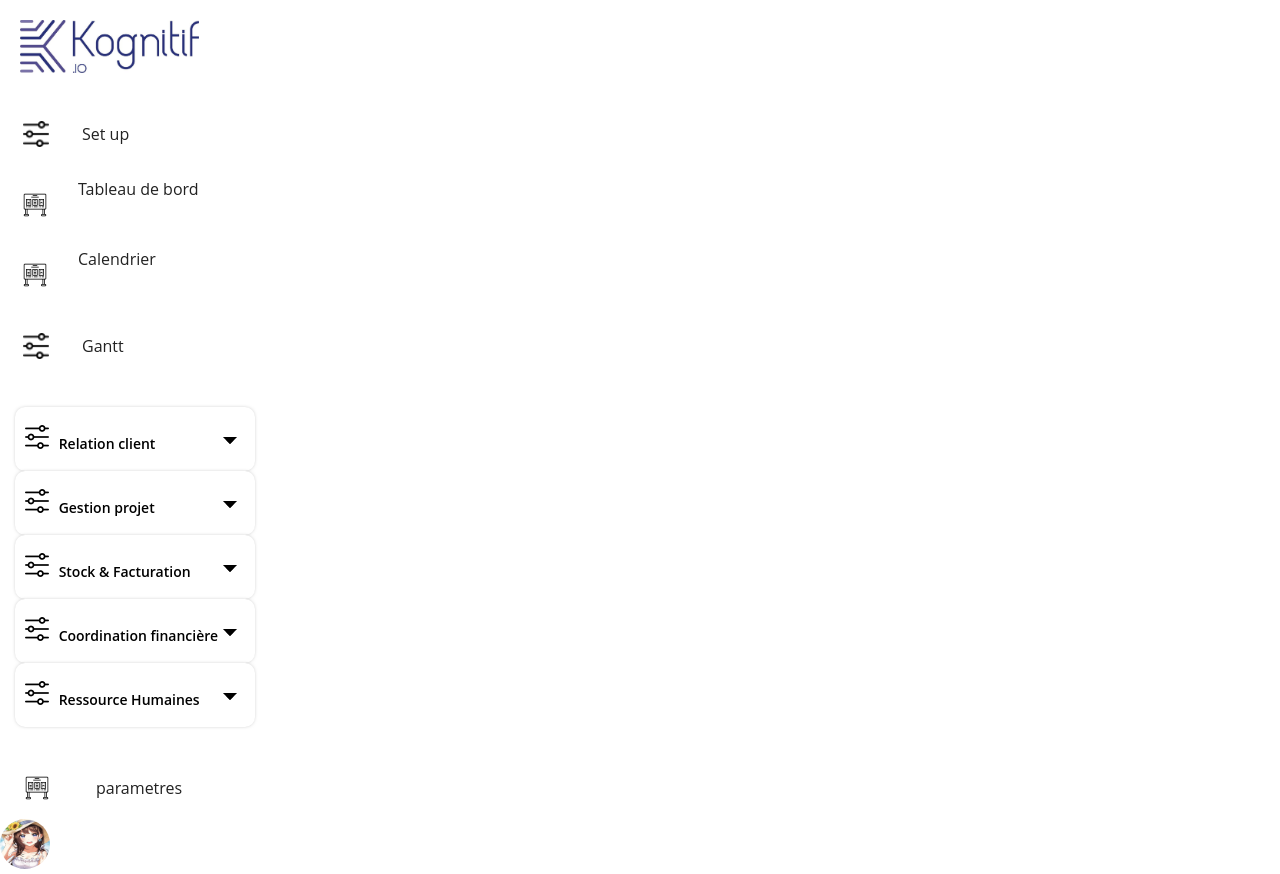
Repository: Cordelia013/testKognitifs
Page: index.html
The author's editor kept a copy of each file at every save. The page is drawn from the files as they stood at one save, then again after a run of saves.
The browser window is 1280 px wide. The pictures show the whole page.

Above is the page before, as saved 2021-08-06 03:59:45.

### index.html
<!DOCTYPE html>
<html lang="en">
  <head>
    <meta charset="UTF-8" />
    <meta http-equiv="X-UA-Compatible" content="IE=edge" />
    <meta name="viewport" content="width=device-width, initial-scale=1.0" />
    <link
      rel="stylesheet"
      href="https://cdnjs.cloudflare.com/ajax/libs/font-awesome/4.7.0/css/font-awesome.min.css"
    />

    <link rel="stylesheet" href="/styles/main.css" />
    <title>Konnexion</title>
  </head>

  <body>
    <!-- 1er partie -->

    <nav>
      <div class="logo">
        <img src="/img/Kognitif-1.jpg" alt="logo" />
      </div>
<div class="mp1">
      <ul class="nav-cnt">
        <li >
          <img src="/img/png/002-equalizer.png" alt="equalizer" />
          <a href="#">Set up</a>
        </li>

        <li class="navBoard menu">
          <img src="/img/png/003-bulletin-board.png" alt="board" />
          <a href="#">Tableau de bord </a>

          <ul class="menuBoard">
            <li>Relation client</li>
            <li>Gestion projet</li>
            <li>Stock & Facturation</li>
            <li>Coordination financière</li>
          </ul>
        </li>
        <li class="navBoard menu">
          <img src="/img/png/003-bulletin-board.png" alt="board" />
          <a href="#">Calendrier </a>

          <ul class="menuBoard">
            <li>Relation client</li>
            <li>Gestion projet</li>
            <li>Stock & Facturation</li>
            <li>Coordination financière</li>
          </ul>
        </li>
        <li >
          <img src="/img/png/002-equalizer.png" alt="equalizer" />
          <a href="#">Gantt</a>
        </li>
        </div>

</div>
      <!--partie de la DropDown  -->
<!-- ------------------------------------------------------------------------ -->
<div class="mp2">

    <div class="dropdown-container">
          <div class="dropdown-toggle click-dropdown">
            <img class="drowImg" src="/img/png/002-equalizer.png" alt="equalizer" /> Relation client
          </div>
          <div class="dropdown-menu">
            <ul>
              <li><a href="#">Opportunités</a></li>
              <li><a href="#">Propects</a></li>
              <li><a href="#">Produits</a></li>

            </ul>
          </div>
        </div>

        <div class="dropdown-container">
          <div class="dropdown-toggle click-dropdown">
            <img class="drowImg" src="/img/png/002-equalizer.png" alt="equalizer" /> Gestion projet
          </div>
          <div class="dropdown-menu">
            <ul>
              <li class="navBoard menu"><a href="#">Projet</a>
                <div >
                  <ul class="menuBoard ssMenuBoard">
                    <li><a href="#">Ajouter un projet</a></li>
                    <li class="dropdown-toggle click-dropdown"><a href="#">Catégorie de projet</a>
                      <div class="dropdown-menu">
                        <ul >
                          <li><a href="#">Créer une Catégorie</a></li>
                          <li><a href="#">Administratif</a></li>
                          <li><a href="#">Commercial</a></li>
                          <li><a href="#">Juridique</a></li>
                          <li><a href="#">Financier</a></li>
                          <li><a href="#">Industriel</a></li>
                          <li><a href="#">Tous kes projets</a></li>
                        </ul>

                    </li>
                    <li><a href="#">Tous les projets</a></li>

                </div>
              </li>
              <li><a href="#">Fichiers</a></li>
              <li><a href="#">Congés</a></li>
              <li><a href="#">Annonces</a></li>
            </ul>
    </div>
  </div>

    <div class="dropdown-container">
      <div class="dropdown-toggle click-dropdown">
        <img class="drowImg" src="/img/png/002-equalizer.png" alt="equalizer" /> Stock & Facturation
      </div>
      <div class="dropdown-menu">
        <ul>

        </ul>
      </div>
    </div>
    <div class="dropdown-container">
      <div class="dropdown-toggle click-dropdown">
        <img class="drowImg" src="/img/png/002-equalizer.png" alt="equalizer" /> Coordination financière      </div>
      <div class="dropdown-menu">
        <ul>

        </ul>
      </div>
    </div>
    <div class="dropdown-container">
      <div class="dropdown-toggle click-dropdown">
        <img class="drowImg" src="/img/png/002-equalizer.png" alt="equalizer" /> Ressource Humaines     </div>
      <div class="dropdown-menu">
        <ul>

        </ul>
      </div>
    </div>
  </div>
  <div class="params ">
  <img class="drowImg" class="drowImg" src="/img/png/003-bulletin-board.png" alt="board" />
  <a href="#">parametres </a>
</div>
    <div>

      <!-- partie profil -->
<div id="profilCnt"></div>
     <div class="photo">
       <img src="/img/external-content.duckduckgo.com.jpeg" alt="photoProfil">
     </div>

    </div>
    <script src="/script/main.js"></script>
  </body>
</html>

### styles/main.css
* {
    margin: 0;
    padding: 0;
    box-sizing: border-box;
}

/* général */

html,
body {
    font-size: medium;
    font-family: "Open Sans", sans-serif;
    color: #222;
}
h1,
h2,
h3 {
    margin-bottom: 2px;
}

a {
    color: #222;
    text-decoration: none;
}
a:hover {
    color: blue;
}
p {
    margin-bottom: 10px;
}

li {

    list-style: none;
}

ul li img {
   padding: 0 10px;
}
nav{
    /* background-color: lightgrey; */
    display: flex;
    flex-direction: column;
    height: max-content;
    width: 20%;
}

.logo > img:nth-child(1) {
    max-width: 70%;
    margin: 20px;
   }

.nav-cnt > li:nth-child(1),
li:nth-child(2),
li:nth-child(3),
li:nth-child(4) {
    display:flex;
    justify-content: left;

}

.nav-cnt > li > a {
    padding: 10px;
    display: flex;
    align-items: center;

}
.nav-cnt > li > img:nth-child(1) {
    width: 2rem;
    margin: 20px;
    padding: 3px;
    height: max-content;
}

.navBoard > a:nth-child(2) {
    width: 144px;
    height: max-content;
    width: 100vw;
    margin: -2px;
   }




/* navBar */

.nav-cnt {
    width: 33rem;
    /* border: 1px solid black; */
}

.menuBoard {
    display:none;
    position: relative;
    top: 2rem;
    right: 318px;
    width: 124px;
    margin: 3%;
   }

.menuBoard li{

    display: flex;
   }

.navBoard:hover .menuBoard {
    display: flex;
    flex-direction: column;
    padding-bottom:20px;
    cursor: pointer;

  }
 /* deuxieme partie de la navBar   */

.ssImg{
    height: max-content;
   }

.ssMenuBoard{

position:relative;
top: 1rem;
right: -25px;
margin: 13px;
padding: 9px;
width: max-content;
}
.ssMenuBoard > li{
    width: max-content;
    text-align: center;
   }
.menu{
    cursor: pointer;

}
.menuDrop{
    display: none;

}
.menuDrop:active{
    display: block;
}

.mp1{

    margin-bottom: 10px;
}
.mp2{
    margin: 15px;
    margin-bottom: 30px;
}

/* <!--partie de la DropDown  --> */
/* Dropdown menu css */
.dropdown-container {
    position: relative;
    min-width: 240px;
}
.dropdown-container .dropdown-toggle {
    color: #000000;
    background-color: #ffffff;
    font-size: 14px;
    padding: 18px 10px;
    box-shadow: 0px 0px 4px -2px rgba(0, 0, 0, 0.5);
    border-radius: 10px;
    font-weight: 600;
    cursor: pointer;
    position: relative;
    transition: all ease-in-out 0.3s;
}

.dropdown-menu::before, .dropdown-toggle::before {
    content: "";
    position: absolute;
    right: 20px;
    top: 50%;
    transform: translateY(-50%) rotate(45deg);
    border: 5px solid;
    border-top-color: rgba(0, 0, 0, 0);
    border-left-color: rgba(0, 0, 0, 0);
    margin-top: -2.5px;
    background-color: rgba(0, 0, 0, 0);
    transition: all ease-in-out 0.2s;
}
.dropdown-menu::before {
    z-index: -1;
    transform: rotate(-135deg);
    top: -4px;
    border-color: #ffffff;
    box-shadow: 1px 1px 4px -2px rgba(0, 0, 0, 0.4);
}
.dropdown-container .dropdown-menu {
    width: 100%;
    border-radius: 10px;
    box-shadow: 0px 0px 4px -2px rgba(0, 0, 0, 0.5);
    margin-top: 17px;
    position: absolute;
    left: 0;
    top: 100%;
    display: none;
    background-color: #ffffff;
    z-index: 10;
}
.dropdown-open .dropdown-menu.dropdown-active {
    display: block;
}
/* .dropdown-container.dropdown-open .dropdown-toggle {
    background-color: #0979ce;
    color: #ffffff;
} */

.dropdown-container .dropdown-menu ul {
    list-style: none;
    padding: 0;
    margin: 0;
    overflow: hidden;
    border-radius: 10px;

}
.dropdown-container .dropdown-menu a {
    text-decoration: none;
    display: block;
    color: #000000;
    font-size: 15px;
    padding: 16px 20px;
    font-weight: 600;
    box-shadow: 0px 0px 4px -2px rgba(0, 0, 0, 0.5);
    transition: all ease-in-out 0.3s;
}

.drowImg  {
    padding-right: 6px;
   }
.params{

    display: flex;
    width: 10vw;
}

.params a{
    width: 50%;
text-align: center;
}
.params > a:nth-child(2) {
    margin: 13px 33px;
    display: flex;
    justify-content: center;
    align-items: center;
   }

.params > img:nth-child(1) {
    margin: 13px 19px;
    padding: 6px;
   }
   /* <!-- partie profil --> */
   #profilCnt{
       display: flex;
       background-color: chartreuse;
   }
   .photo img{
       width: 50px;
       height: 50px;
       border-radius: 50%;
   }

### script/main.js
// Get all the dropdown from document
document.querySelectorAll('.dropdown-toggle').forEach(dropDownFunc);


// Dropdown Open and Close function
function dropDownFunc(dropDown) {
    console.log(dropDown.classList.contains('click-dropdown'));

    if(dropDown.classList.contains('click-dropdown') === true){
        dropDown.addEventListener('click', function (e) {
            e.preventDefault();

            if (this.nextElementSibling.classList.contains('dropdown-active') === true) {
                // Close the clicked dropdown
                this.parentElement.classList.remove('dropdown-open');

                this.nextElementSibling.classList.remove('dropdown-active');

            } else {
                // Close the opend dropdown
                closeDropdown();

                // add the open and active class(Opening the DropDown)
                this.parentElement.classList.add('dropdown-open');
                this.nextElementSibling.classList.add('dropdown-active');
            }
        });
    }
}
// Listen to the doc click
window.addEventListener('click', function (e) {

    // Close the menu if click happen outside menu
    if (e.target.closest('.dropdown-container') === null) {
        // Close the opend dropdown
        closeDropdown();
    }

});


// Fermer le  Dropdowns
function closeDropdown() {
    console.log('run');

    // remove the open and active class from other opened Dropdown (Closing the opend DropDown)
    document.querySelectorAll('.dropdown-container').forEach(function (container) {
        container.classList.remove('dropdown-open')
    });

    document.querySelectorAll('.dropdown-menu').forEach(function (menu) {
        menu.classList.remove('dropdown-active');
    });
}

// close the dropdown on mouse out from the dropdown list
document.querySelectorAll('.dropdown-menu').forEach(function (dropDownList) {
    // close the dropdown after user leave the list
    dropDownList.onmouseleave = closeDropdown;
});

After the next 2 saves:
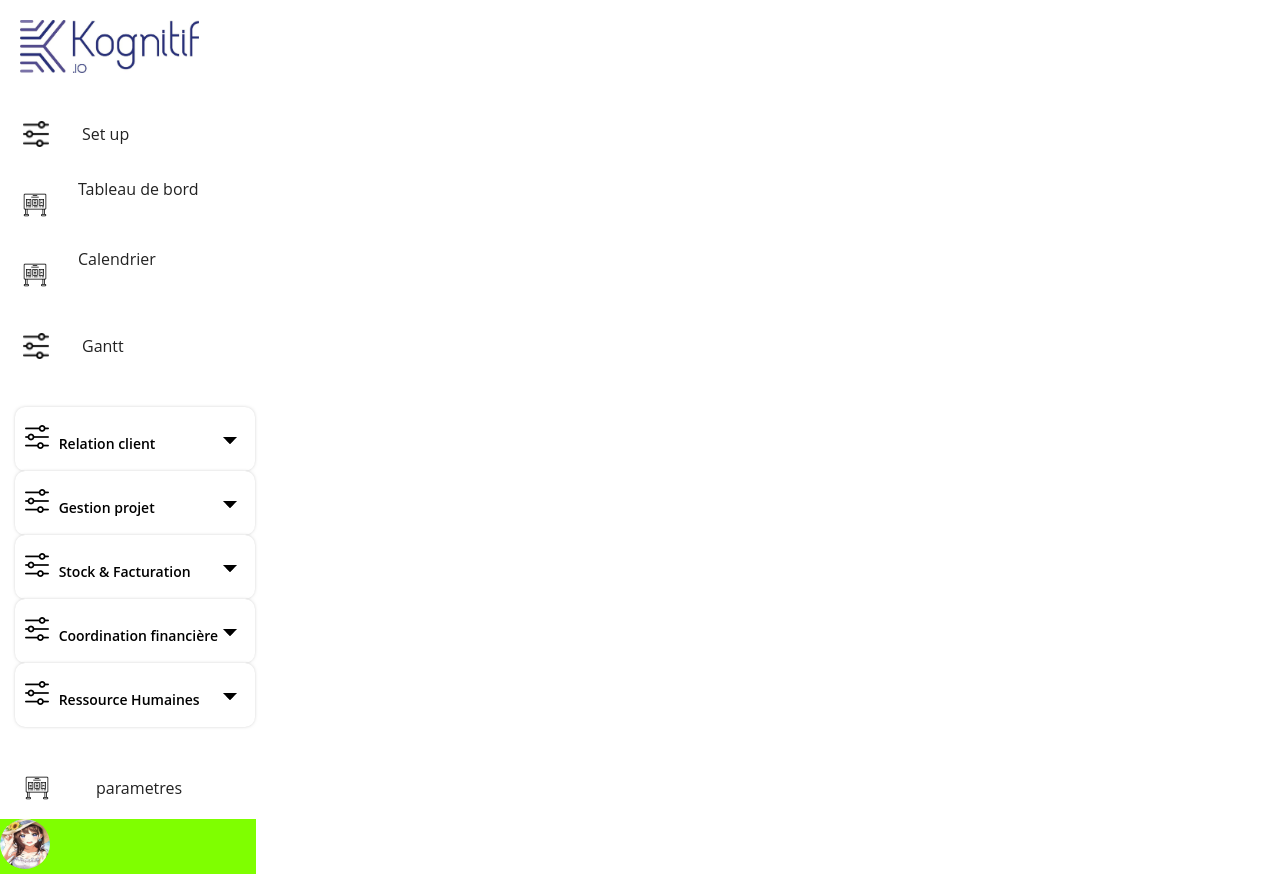
The 2 saves are shown as one change because they came seconds apart.
The last was saved 12 s later.
--- a/index.html
+++ b/index.html
@@ -144,11 +144,11 @@
     <div>
 
       <!-- partie profil -->
-<div id="profilCnt"></div>
+<div id="profilCnt">
      <div class="photo">
        <img src="/img/external-content.duckduckgo.com.jpeg" alt="photoProfil">
      </div>
-
+    </div>
     </div>
     <script src="/script/main.js"></script>
   </body>
